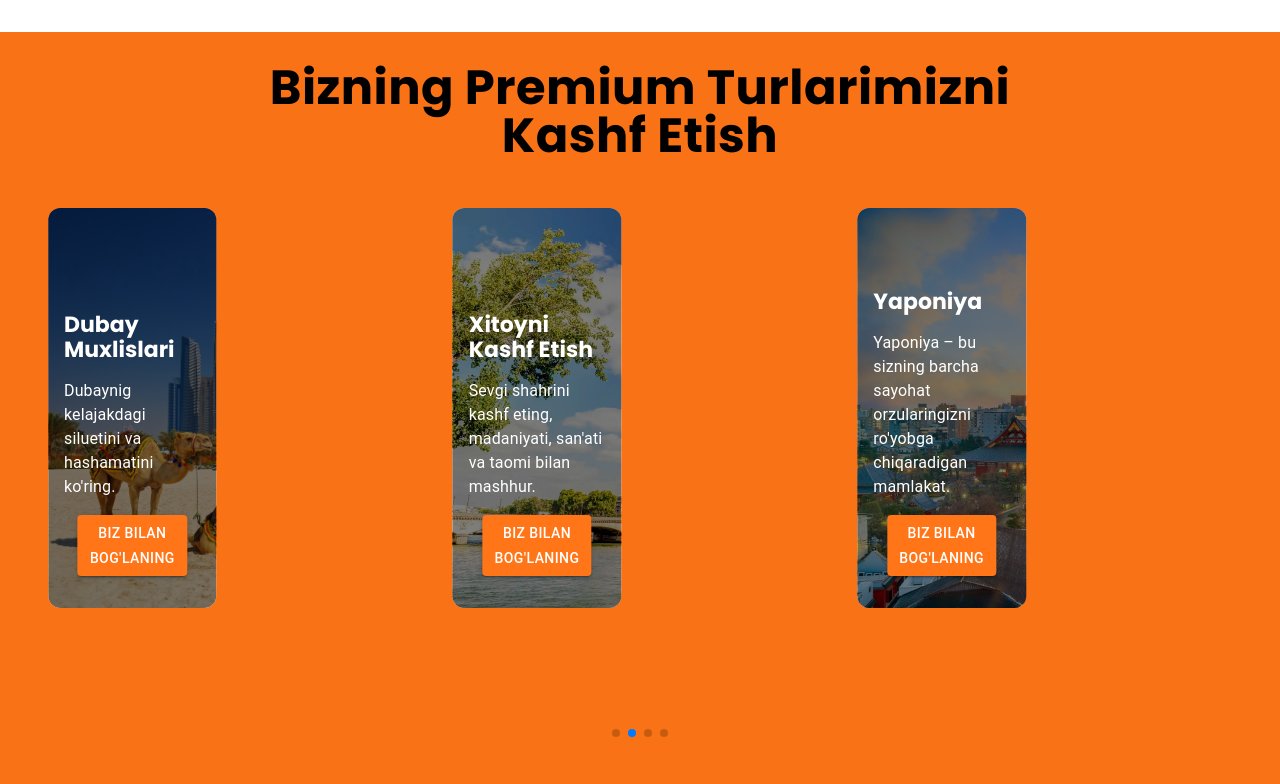
Repository: OgabekErkinov/i-am-tourist
Page: /
An editor plug-in stored every save of this project. The page is shown before and after the next save, followed by the edit.
The browser window is 1280 px wide. The pictures show the whole page.
The project was rebuilt for these pictures with package versions that can differ from the ones it lists, and the page was loaded fresh each time. Also part of the build but not shown: vite.config.js, src/components/navbar/LightDarkButton.jsx, src/I18/i18.js, src/components/navbar/languages/LanguageButton.jsx, src/components/navbar/NavbarItem.jsx, src/components/navbar/SocialNetworks.jsx, src/components/navbar/Logo.jsx, src/components/navbar/SectionsLinks.jsx and 7 more.

Above is the page before, as saved 2024-12-24 16:11:44.

### index.html
<!doctype html>
<html lang="en">
  <head>
    <meta charset="UTF-8" />
    <link rel="icon" type="image/svg+xml" href="https://www.ifly.com.uz/assets/logo-BPA5zOgc.png" />
    <meta name="viewport" content="width=device-width, initial-scale=1.0" />
    <link rel="preconnect" href="https://fonts.googleapis.com">
    <link rel="preconnect" href="https://fonts.gstatic.com" crossorigin>
    <link href="https://fonts.googleapis.com/css2?family=Poppins:ital,wght@0,100;0,200;0,300;0,400;0,500;0,600;0,700;0,800;0,900;1,100;1,200;1,300;1,400;1,500;1,600;1,700;1,800;1,900&display=swap" rel="stylesheet">
    <title>iFLY.com</title>
  </head>
  <body>
    <div id="root"></div>
    <script type="module" src="/src/main.jsx"></script>
  </body>
</html>

### src/index.css
/* Universal Reset */
* {
  margin: 0;
  padding: 0;
  box-sizing: border-box;
}


/* Root Container */
#root {
  max-width: 1900px;
  margin: 0 auto;
  display: flex;
  flex-direction: column;
  align-items: center;
  justify-content: center;
  font-family: 'Poppins';
  box-sizing: border-box;
}

### src/App.jsx
import { Stack } from "@mui/material"
import Header from "./components/header/Header"
import Main from "./components/main/Main"

function App() {


  return (
    <Stack width='100%'
           height='auto'
           alignItems='center'
           gap='1rem'>
        <Header/>
        <Main/>
    </Stack>



  )
}

export default App

### src/components/header/Header.jsx
import { Box, Stack } from '@mui/material';
import Navbar from '../navbar/Navbar';
import Slider from './Slider';
import React from 'react';
import Cards from '../cards/Cards';

const Header = () => {
  return (
    <Stack height="auto"
           width='100%'
           gap="2rem"
           marginBottom='1rem'
           boxSizing="border-box">
             <Stack width="100%"
                    height="auto"
                    alignItems='center'>
                         {/* <Box width="100%"
                              height="10vh"
                              bgcolor="transparent">
                        </Box> */}
                        {/* <Navbar /> */}
                        {/* <Slider /> */}
               </Stack>
               {/* <Cards /> */}
    </Stack>
  );
}

export default Header;

### src/components/main/Main.jsx
import { Stack } from '@mui/material'
import React from 'react'
import PremiumTours from '../premium/PremiumTours'
import TourPlaces from '../tourPlaces/TourPlaces'
import About from '../about/About'

const Main = () => {
  return (
    <Stack width={'100%'}
           height={'auto'}
           alignItems={'center'}
           gap='1rem'>
        <PremiumTours/>
        {/* <TourPlaces/> */}
        {/* <About/> */}

    </Stack>
  )
}

export default Main

### src/components/premium/PremiumTours.jsx
import React from 'react';
import { Stack, Typography, Box } from '@mui/material';
import 'swiper/css';
import 'swiper/css/effect-fade';
import 'swiper/css/pagination';
import 'swiper/css/autoplay';
import { Swiper, SwiperSlide } from 'swiper/react';
import { Navigation, Pagination, Scrollbar, Autoplay } from 'swiper/modules';
import { premiumToursServices } from '../../Database/db';
import PremiumItem from './PremiumItem';

const PremiumTours = () => {

  return (
    <Stack height={'auto'}
           width={'100%'}
           padding={'2rem 2rem'}
           bgcolor={'#F97316'}
           boxSizing={'border-box'} >
          <Stack height={'100%'}
                 width={'100%'}
                 justifyContent={'space-between'}
                 alignItems={'center'}
                 gap={'2rem'}>
              {/* Title */}
                <Typography fontFamily={'Poppins'}
                            width={'70%'}
                            fontSize={'48px'}
                            lineHeight={'48px'}
                            fontWeight={'bold'}
                            textAlign={'center'}
                            height={'auto'}
                            sx={{
                              '@media (max-width: 900px)': {
                               fontSize: '36px',
                               lineHeight: '40px',
                                },
                              '@media (max-width: 600px)': {
                                fontSize: '24px',
                                lineHeight: '28px',
                                },
                               }}>
                               Bizning Premium Turlarimizni Kashf Etish
                 </Typography>
            {/* Slider */}
                 <Box display={'flex'}
                      alignItems={'center'}
                      justifyContent={'center'}
                      height={'35rem'}
                      width={'100%'}>
                      <Swiper
                          modules={[Navigation, Pagination, Scrollbar, Autoplay]}
                          autoplay={{ delay: 2500, disableOnInteraction: false }}
                          navigation
                          pagination={{ clickable: false }}
                          scrollbar={{ draggable: true }}
                          loop={true}
                          style={{
                               width: '100%',
                               height: '100%',
                               padding : '1rem',
                               display : 'flex',
                               justifyContent : 'center',
                               alignItems : 'center' }}
                          breakpoints={{
                               300: {
                                  slidesPerView: 1,
                                  spaceBetween: 10 },
                               525: {
                                  slidesPerView: 2,
                                  spaceBetween: 20 },
                              1200: {
                                  slidesPerView: 3,
                                  spaceBetween: 30 } }}>
                          {
                           premiumToursServices?.map((tour, idx) => {
                                  return (
                                         <SwiperSlide key={idx}>
                                                 <PremiumItem tour={tour} />
                                           </SwiperSlide>
                                          );  })
                           }
                       </Swiper>
                  </Box>
            </Stack>
    </Stack>
  );
};

export default PremiumTours;

### src/Database/db.js
export const social_medias = [
    {
        id : 1,
        name : 'facebook',
        link : 'https://www.facebook.com',
        pathD : 'M279.14 288l14.22-92.66h-88.91v-60.13c0-25.35 12.42-50.06 52.24-50.06h40.42V6.26S260.43 0 225.36 0c-73.22 0-121.08 44.38-121.08 124.72v70.62H22.89V288h81.39v224h100.17V288z'
    },
    {
        id : 2,
        name : 'twitter',
        url : 'https://www.twitter.com',
        pathD : 'M419.37 151.716c.325 4.548.325 9.097.325 13.645 0 138.72-105.583 298.558-298.558 298.558-59.452 0-114.68-17.219-161.137-47.106 8.447.974 16.568 1.299 25.34 1.299 49.055 0 94.213-16.568 130.274-44.832-46.132-.975-84.792-31.188-98.112-72.772 6.498.974 12.995 1.624 19.818 1.624 9.421 0 18.843-1.3 27.614-3.573-48.081-9.747-84.143-51.98-84.143-102.985v-1.299c13.969 7.797 30.214 12.67 47.431 13.319-28.264-18.843-46.781-51.005-46.781-87.391 0-19.492 5.197-37.36 14.294-52.954 51.655 63.675 129.3 105.258 216.365 109.807-1.624-7.797-2.599-15.918-2.599-24.04 0-57.828 46.782-104.934 104.934-104.934 30.213 0 57.502 12.67 76.67 33.137 23.715-4.548 46.456-13.32 66.599-25.34-7.798 24.366-24.366 44.833-46.132 57.827 21.117-2.273 41.584-8.122 60.426-16.243-14.292 20.791-32.161 39.308-52.628 54.253z'
    },
    {
        id : 3,
        name : 'instagram',
        url : 'https://www.instagram.com/ifly.com.uz',
        pathD : 'M224.1 141c-63.6 0-114.9 51.3-114.9 114.9s51.3 114.9 114.9 114.9S339 319.5 339 255.9 287.7 141 224.1 141zm0 189.6c-41.1 0-74.7-33.5-74.7-74.7s33.5-74.7 74.7-74.7 74.7 33.5 74.7 74.7-33.6 74.7-74.7 74.7zm146.4-194.3c0 14.9-12 26.8-26.8 26.8-14.9 0-26.8-12-26.8-26.8s12-26.8 26.8-26.8 26.8 12 26.8 26.8zm76.1 27.2c-1.7-35.9-9.9-67.7-36.2-93.9-26.2-26.2-58-34.4-93.9-36.2-37-2.1-147.9-2.1-184.9 0-35.8 1.7-67.6 9.9-93.9 36.1s-34.4 58-36.2 93.9c-2.1 37-2.1 147.9 0 184.9 1.7 35.9 9.9 67.7 36.2 93.9s58 34.4 93.9 36.2c37 2.1 147.9 2.1 184.9 0 35.9-1.7 67.7-9.9 93.9-36.2 26.2-26.2 34.4-58 36.2-93.9 2.1-37 2.1-147.8 0-184.8zM398.8 388c-7.8 19.6-22.9 34.7-42.6 42.6-29.5 11.7-99.5 9-132.1 9s-102.7 2.6-132.1-9c-19.6-7.8-34.7-22.9-42.6-42.6-11.7-29.5-9-99.5-9-132.1s-2.6-102.7 9-132.1c7.8-19.6 22.9-34.7 42.6-42.6 29.5-11.7 99.5-9 132.1-9s102.7-2.6 132.1 9c19.6 7.8 34.7 22.9 42.6 42.6 11.7 29.5 9 99.5 9 132.1s2.7 102.7-9 132.1z'
    },
    {
        id : 4,
        name : 'linkedIn',
        url : 'https://www.linkedin.com',
        pathD : 'M100.28 448H7.4V148.9h92.88zM53.79 108.1C24.09 108.1 0 83.5 0 53.8a53.79 53.79 0 0 1 107.58 0c0 29.7-24.1 54.3-53.79 54.3zM447.9 448h-92.68V302.4c0-34.7-.7-79.2-48.29-79.2-48.29 0-55.69 37.7-55.69 76.7V448h-92.78V148.9h89.08v40.8h1.3c12.4-23.5 42.69-48.3 87.88-48.3 94 0 111.28 61.9 111.28 142.3V448z'
    },
    {
        id : 5,
        name : 'youtube',
        url : 'https://www.youtube.com',
        pathD : 'M549.655 124.083c-6.281-23.65-24.787-42.276-48.284-48.597C458.781 64 288 64 288 64S117.22 64 74.629 75.486c-23.497 6.322-42.003 24.947-48.284 48.597-11.412 42.867-11.412 132.305-11.412 132.305s0 89.438 11.412 132.305c6.281 23.65 24.787 41.5 48.284 47.821C117.22 448 288 448 288 448s170.78 0 213.371-11.486c23.497-6.321 42.003-24.171 48.284-47.821 11.412-42.867 11.412-132.305 11.412-132.305s0-89.438-11.412-132.305zm-317.51 213.508V175.185l142.739 81.205-142.739 81.201z'
    }
]

export const navLinks = [
    {
        id : 6,
        name : 'Excursions',
        link : '#excursions'
    },
    {
        id : 7,
        name : 'City',
        link : '#city'
    },
    {
        id : 8,
        name : 'About',
        link : '#about'
    },
    {
        id : 9,
        name : 'Contact',
        link : '#contact'
    }
]

export const SliderItems = [
    {
        url : '/malakali.jpg',
        heading : 'Malakali shahar',
        paragraph : "Dunyoning ko'ngilochar poytaxtiga sho'ng'ing."
    },
    {
        url : '/turkiya.jpg',
        heading : 'Sehrli Turkiya',
        paragraph : "Turkiyaning boy tarixi va ajoyib manzaralarini o'rganing."
    },
    {
        url : '/orol.jpg',
        heading : 'Orol chekinishi',
        paragraph : 'Ajoyib orol landshaftlari orasida tinchlikni his eting.'
    },
    {
        url : '/yaponiya.jpg',
        heading : 'Yaponiya',
        paragraph : "Zamonaviy hayot va qadimiy an'analar mamlakati"
    },
    {
        url : '/dubai.jpg',
        heading : "Dubayni kashf eting",
        paragraph : "Birlashgan Arab Amirliklarida hashamat, innovatsiyalar va sarguzashtlarni kashf eting."

    },
    {
        url : '/xitoyni.jpg',
        heading : 'Xitoyni kashf qiling',
        paragraph : "Xitoy: qadimgi tarix, Buyuk devor, innovatsiyalar, jonli madaniyat."
    },
    {
        url : '/tailand.jpg',
        heading : 'Tropik Tailand',
        paragraph : "Chiroyli plyajlarda dam oling va mazali taomlarni tatib ko'ring."
    }
]

export const addBanners = [
    {
        heading : 'Ajoyib plyaj',
        paragraph : 'Zamonaviy plyajlarni kashf eting va quyosh ostida dam oling.'
    },
    {
        heading : "Tog' sarguzashtlari",
        paragraph : "Qiziqarli tog' sayohatiga chiqing va tabiatni o'rganing."
    },
    {
        heading : 'Shahar sayohatlari',
        paragraph : "Qiziqarli tog' sayohatiga chiqing va tabiatni o'rganing."
    }
]

export const languages = [
    {
        lang : "o'zbek",
        flag : '/uzbekistan.png',
        translator : 'uz'
    },
    {
        lang : 'english',
        flag : '/united-states.png',
        translator : 'en'
    },
    {
        lang : 'русский',
        flag : '/russia.png',
        translator : 'ru'
    }
]

export const premiumToursServices = [
    {
        title : 'Tokio Sarguzashtlari',
        paragraph : "Yaponiya yuragida an'ana va texnologiyaning uyg'unligini his eting.",
        image : '/tokioprem.jpg'
    },
    {
        title : 'Dubay Muxlislari',
        paragraph : "Dubaynig kelajakdagi siluetini va hashamatini ko'ring.",
        image : '/dubaipremium.jpg'
    },
    {
        title : 'Xitoyni Kashf Etish',
        paragraph : "Sevgi shahrini kashf eting, madaniyati, san'ati va taomi bilan mashhur.",
        image : '/xitoyprem.jpg'
    },
    {
        title : 'Yaponiya',
        paragraph : "Yaponiya – bu sizning barcha sayohat orzularingizni ro'yobga chiqaradigan mamlakat.",
        image : '/xitoypremium.jpg'
    }
]

export const tourPlaces = [
    {
        image : '/yaponiya.jpg',
        title : 'Tokio, Yaponiya',
        paragraph : "Tokio Yaponiya poytaxti bo'lib, an'anaviy binolarni zamonaviy osmono'parlar bilan birlashtirish."
    },
    {
        image : '/orol.jpg',
        title : 'Orol joyi',
        paragraph : "Shahar shovqinidan uzoqda, tabiatning ajoyib go'zalligida dam oling."
    },
    {
        image : '/dubai.jpg',
        title : 'Dubay, BAA',
        paragraph : "Dubayning hargi skylinesi va hashamatini guvohi boling."
    },
    {
        image : '/vetnam.jpg',
        title : 'Vetnam sarguzashti',
        paragraph : "Vetnamning go'zalligiga kirib boring, rang- barang guruch teraslari va noyob madaniyat bilan tanishing!"
    },
    {
        image : '/maldiv.jpg',
        title : 'Maldivlar',
        paragraph : "Oq qumli plyajlar va toza suvlar bilan tropik jannatda dam oling. Hashamatli kurortlar va ajoyib suv osti dunyosidan zavq oling!"
    },
    {
        image : '/tailand.jpg',
        title : 'Tropik Tailand',
        paragraph : "Tailand chiroyli orollari, ko'chada oziq-ovqat va boy madaniyat merosi bilan mashhur."
    },
    {
        image : '/turkiya.jpg',
        title : "Mo'jizaviy Turkiya",
        paragraph : "Turkiyaning boy tarixini va go'zal manzaralarini kashf eting."
    }
]

export const services = [
    {
        pathD : 'M480 192H365.71L260.61 8.06A16.014 16.014 0 0 0 246.71 0h-65.5c-10.63 0-18.3 10.17-15.38 20.39L214.86 192H112l-43.2-57.6c-3.02-4.03-7.77-6.4-12.8-6.4H16.01C5.6 128-2.04 137.78.49 147.88L32 256 .49 364.12C-2.04 374.22 5.6 384 16.01 384H56c5.04 0 9.78-2.37 12.8-6.4L112 320h102.86l-49.03 171.6c-2.92 10.22 4.75 20.4 15.38 20.4h65.5c5.74 0 11.04-3.08 13.89-8.06L365.71 320H480c35.35 0 96-28.65 96-64s-60.65-64-96-64z',
        title : 'Xalqaro Sayohat',
        paragraph : "Dunyodagi eng go'zal joylarga sayohatlarni tashkil etamiz.",
        color : 'blue'
    },
    {
        icon : 'M560 64c8.84 0 16-7.16 16-16V16c0-8.84-7.16-16-16-16H16C7.16 0 0 7.16 0 16v32c0 8.84 7.16 16 16 16h15.98v384H16c-8.84 0-16 7.16-16 16v32c0 8.84 7.16 16 16 16h240v-80c0-8.8 7.2-16 16-16h32c8.8 0 16 7.2 16 16v80h240c8.84 0 16-7.16 16-16v-32c0-8.84-7.16-16-16-16h-16V64h16zm-304 44.8c0-6.4 6.4-12.8 12.8-12.8h38.4c6.4 0 12.8 6.4 12.8 12.8v38.4c0 6.4-6.4 12.8-12.8 12.8h-38.4c-6.4 0-12.8-6.4-12.8-12.8v-38.4zm0 96c0-6.4 6.4-12.8 12.8-12.8h38.4c6.4 0 12.8 6.4 12.8 12.8v38.4c0 6.4-6.4 12.8-12.8 12.8h-38.4c-6.4 0-12.8-6.4-12.8-12.8v-38.4zm-128-96c0-6.4 6.4-12.8 12.8-12.8h38.4c6.4 0 12.8 6.4 12.8 12.8v38.4c0 6.4-6.4 12.8-12.8 12.8h-38.4c-6.4 0-12.8-6.4-12.8-12.8v-38.4zM179.2 256h-38.4c-6.4 0-12.8-6.4-12.8-12.8v-38.4c0-6.4 6.4-12.8 12.8-12.8h38.4c6.4 0 12.8 6.4 12.8 12.8v38.4c0 6.4-6.4 12.8-12.8 12.8zM192 384c0-53.02 42.98-96 96-96s96 42.98 96 96H192zm256-140.8c0 6.4-6.4 12.8-12.8 12.8h-38.4c-6.4 0-12.8-6.4-12.8-12.8v-38.4c0-6.4 6.4-12.8 12.8-12.8h38.4c6.4 0 12.8 6.4 12.8 12.8v38.4zm0-96c0 6.4-6.4 12.8-12.8 12.8h-38.4c-6.4 0-12.8-6.4-12.8-12.8v-38.4c0-6.4 6.4-12.8 12.8-12.8h38.4c6.4 0 12.8 6.4 12.8 12.8v38.4z',
        title : 'Qulay Mehmonxonalar',
        paragraph : " Eng yaxshi va eng qulay mehmonxonalar bilan qoling.",
        color : 'green'
    },
    {
        icon : 'M416 320h-96c-17.6 0-32-14.4-32-32s14.4-32 32-32h96s96-107 96-160-43-96-96-96-96 43-96 96c0 25.5 22.2 63.4 45.3 96H320c-52.9 0-96 43.1-96 96s43.1 96 96 96h96c17.6 0 32 14.4 32 32s-14.4 32-32 32H185.5c-16 24.8-33.8 47.7-47.3 64H416c52.9 0 96-43.1 96-96s-43.1-96-96-96zm0-256c17.7 0 32 14.3 32 32s-14.3 32-32 32-32-14.3-32-32 14.3-32 32-32zM96 256c-53 0-96 43-96 96s96 160 96 160 96-107 96-160-43-96-96-96zm0 128c-17.7 0-32-14.3-32-32s14.3-32 32-32 32 14.3 32 32-14.3 32-32 32z',
        title : "Maxsus yo'nalishlar",
        paragraph : "Har bir mijoz uchun individual yo'nalishlarni yaratamiz.",
        color : 'orange'
    },
    {
        icon : 'M192 256c61.9 0 112-50.1 112-112S253.9 32 192 32 80 82.1 80 144s50.1 112 112 112zm76.8 32h-8.3c-20.8 10-43.9 16-68.5 16s-47.6-6-68.5-16h-8.3C51.6 288 0 339.6 0 403.2V432c0 26.5 21.5 48 48 48h288c26.5 0 48-21.5 48-48v-28.8c0-63.6-51.6-115.2-115.2-115.2zM480 256c53 0 96-43 96-96s-43-96-96-96-96 43-96 96 43 96 96 96zm48 32h-3.8c-13.9 4.8-28.6 8-44.2 8s-30.3-3.2-44.2-8H432c-20.4 0-39.2 5.9-55.7 15.4 24.4 26.3 39.7 61.2 39.7 99.8v38.4c0 2.2-.5 4.3-.6 6.4H592c26.5 0 48-21.5 48-48 0-61.9-50.1-112-112-112z',
        title : "Malakali yo'riqchilar",
        paragraph : " Har bir mijoz uchun individual yo'nalishlarni yaratamiz.",
        color : 'violet'
    }

]

### src/components/premium/PremiumItem.jsx
import { Box, Button, Stack, Typography } from '@mui/material';
import React from 'react';

const PremiumItem = ({ tour }) => {
  return (
    <Box height="25rem"
         display="flex"
         justifyContent="center"
         alignItems="center"
         borderRadius="12px"
         overflow="hidden"
         position="relative"
         sx={{
             transition : '0.3s',
             backgroundImage: `url(${tour?.image})`,
             backgroundSize: 'cover',
             '@media(max-width : 524px)' : {
                         width : '90%',
                         marginX : 'auto'  },
             '@media(min-width : 765px)' : {
                         width : '45%' },
              '&:hover' : {
                transform : 'scale(1.1)',
                transition : '0.3s',
              } }} >
         <Stack height="100%"
                width="100%"
                padding="2rem 0"
                boxSizing="border-box"
                borderRadius="12px"
                alignItems="center"
                bgcolor="rgba(0, 0, 0, 0.5)"
                position="absolute"
                zIndex={1}
                sx={{
                  '@media(min-width : 300px)' : {
                         justifyContent : 'center',
                         alignItems : 'center',
                         paddingX : '1rem',
                         gap : '1rem' },
                  '@media(min-width : 524px)' : {
                         justifyContent : 'flex-end',
                         alignItems : 'start' } }} >
                 <Typography variant="h3"
                             sx={{
                               fontWeight: 'bold',
                               fontFamily: 'Poppins',
                               color: 'white',
                               textAlign: 'start',
                               paddingRight: '10px',
                               margin: 0,
                               width: 'auto',
                              '@media (min-width: 300px)': {
                                      fontSize: '18px'  },
                              '@media (min-width : 524px)' : {
                                      fontSize : '22px'  }  }}  >
                               {tour.title}
                  </Typography>
                  <Typography width="auto"
                              sx={{
                                color: 'white',
                                textAlign: 'start',
                               '@media (min-width: 300px)': {
                                        fontSize: '12px',
                                        height : 'auto',
                                        textAlign : 'center' },
                                '@media (min-width : 524px)' : {
                                        fontSize : '16px',
                                        textAlign : 'start' } }}>
                                        {tour.paragraph}
                   </Typography>
                   <Button variant="contained"
                           sx={{
                              color: 'white',
                              backgroundColor: '#FF7518',
                              width : '80%',
                              margin : '0 auto' }}>
                           Biz bilan bog'laning
                  </Button>
      </Stack>
    </Box>
  );
};

export default PremiumItem;

Loaded but not shown: src/main.jsx (common file)

After the next save:
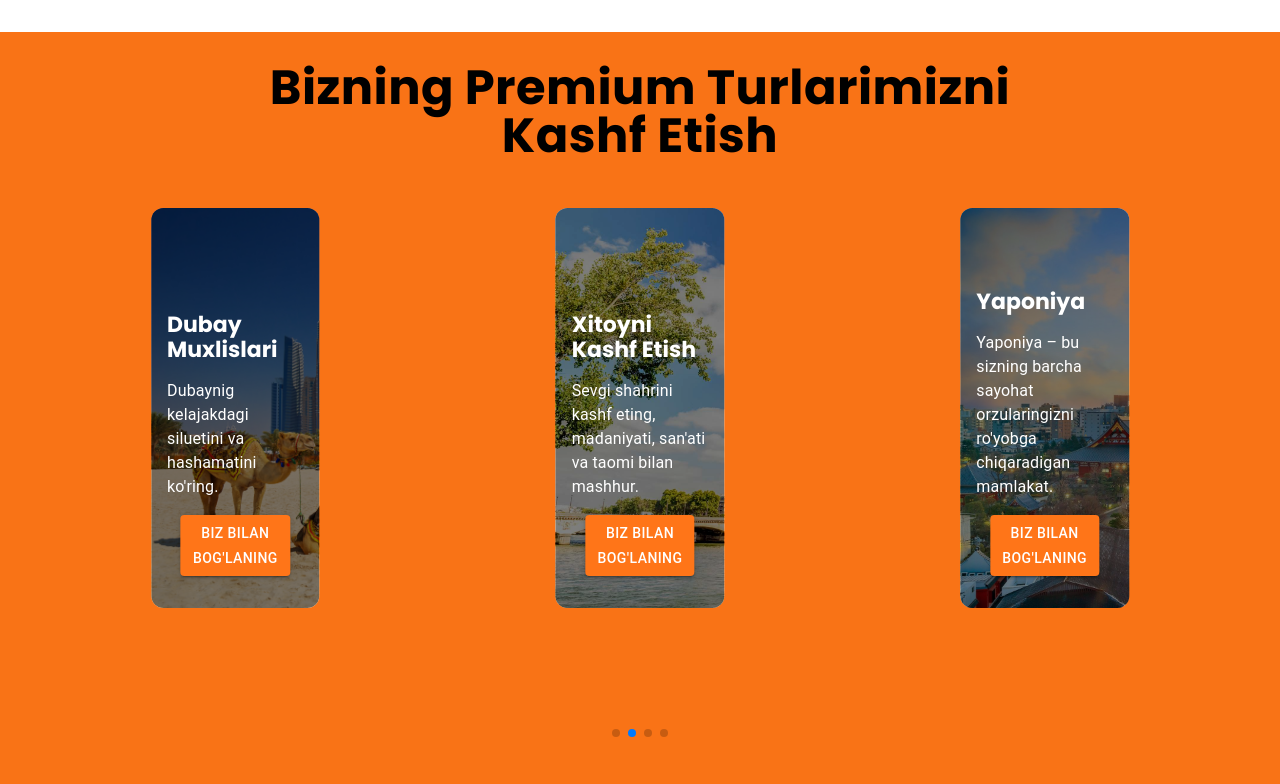
Saved 6 s later.
--- a/src/components/premium/PremiumItem.jsx
+++ b/src/components/premium/PremiumItem.jsx
@@ -14,7 +14,7 @@ const PremiumItem = ({ tour }) => {
              transition : '0.3s',
              backgroundImage: `url(${tour?.image})`,
              backgroundSize: 'cover',
-             '@media(max-width : 524px)' : {
+             '@media(min-width : 524px)' : {
                          width : '90%',
                          marginX : 'auto'  },
              '@media(min-width : 765px)' : {
